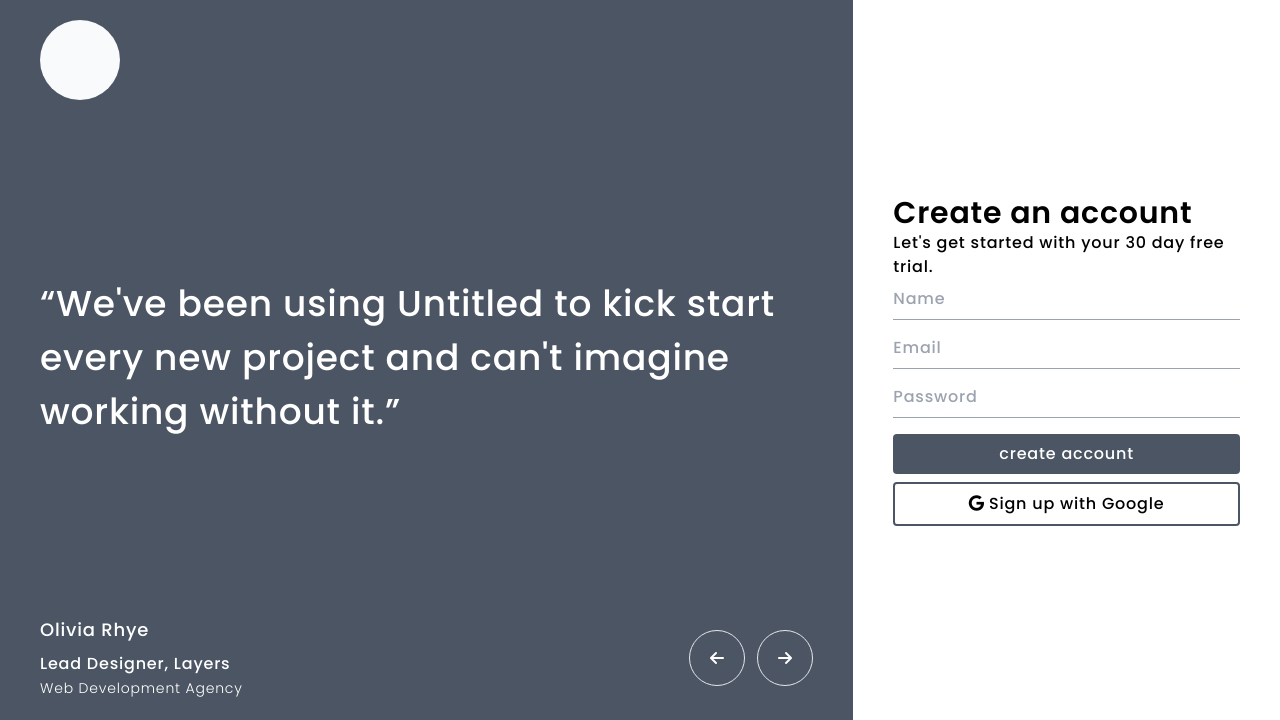
Repository: debthebuilder/youtube-html-contact-form-tailwindcss
Page: contact.html
The author's editor kept a copy of each file at every save. The page is drawn from the files as they stood at one save, then again after the next save.
The browser window is 1280 px wide. The pictures show the whole page.
Some web libraries are served in a nearby version.

Above is the page before, as saved 2022-08-03 06:02:00.

After the next save:
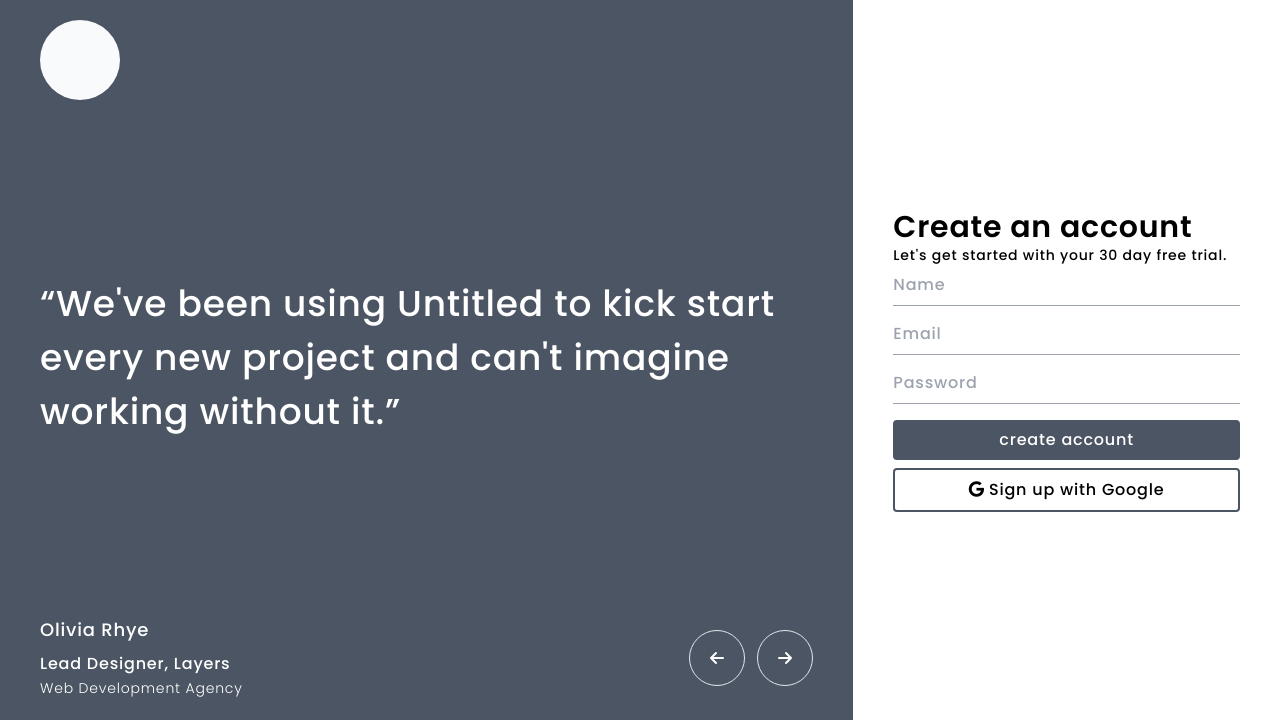
Saved 11 s later.
--- a/contact.html
+++ b/contact.html
@@ -44,7 +44,7 @@
         <!--Form-->
         <div class="w-2/6 px-10 flex flex-col justify-center">
             <h2 class="text-3xl font-semibold">Create an account</h2>
-            <span>Let's get started with your 30 day free trial.</span>
+            <span class="text-sm">Let's get started with your 30 day free trial.</span>
             <form>
                 <input type="text" name="name" placeholder="Name" class="w-full border-b border-gray-400 pb-2 focus:outline-none focus:border-0 focus:border-b-2 my-2">
                 <input type="email" name="email" placeholder="Email" class="w-full border-b border-gray-400 pb-2 focus:outline-none focus:border-0 focus:border-b-2 my-2">

After the save that followed:
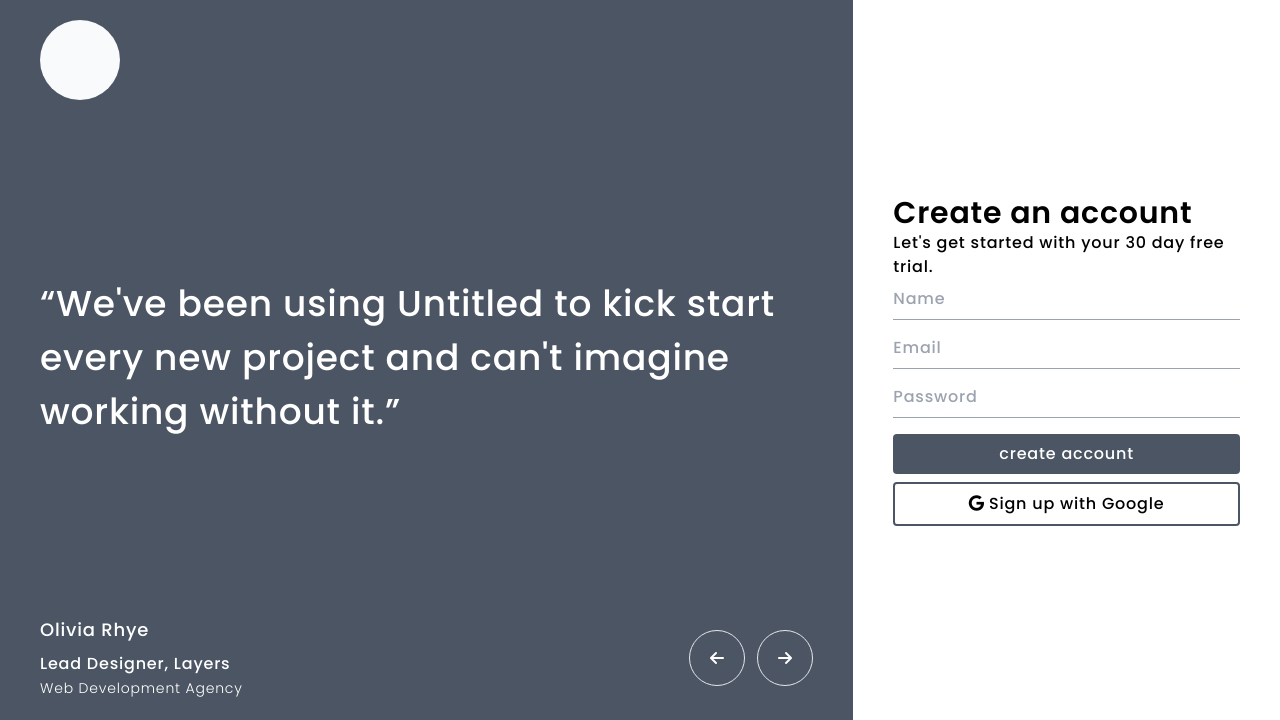
Saved 8 s later.
--- a/contact.html
+++ b/contact.html
@@ -44,7 +44,7 @@
         <!--Form-->
         <div class="w-2/6 px-10 flex flex-col justify-center">
             <h2 class="text-3xl font-semibold">Create an account</h2>
-            <span class="text-sm">Let's get started with your 30 day free trial.</span>
+            <span class="text-base">Let's get started with your 30 day free trial.</span>
             <form>
                 <input type="text" name="name" placeholder="Name" class="w-full border-b border-gray-400 pb-2 focus:outline-none focus:border-0 focus:border-b-2 my-2">
                 <input type="email" name="email" placeholder="Email" class="w-full border-b border-gray-400 pb-2 focus:outline-none focus:border-0 focus:border-b-2 my-2">
